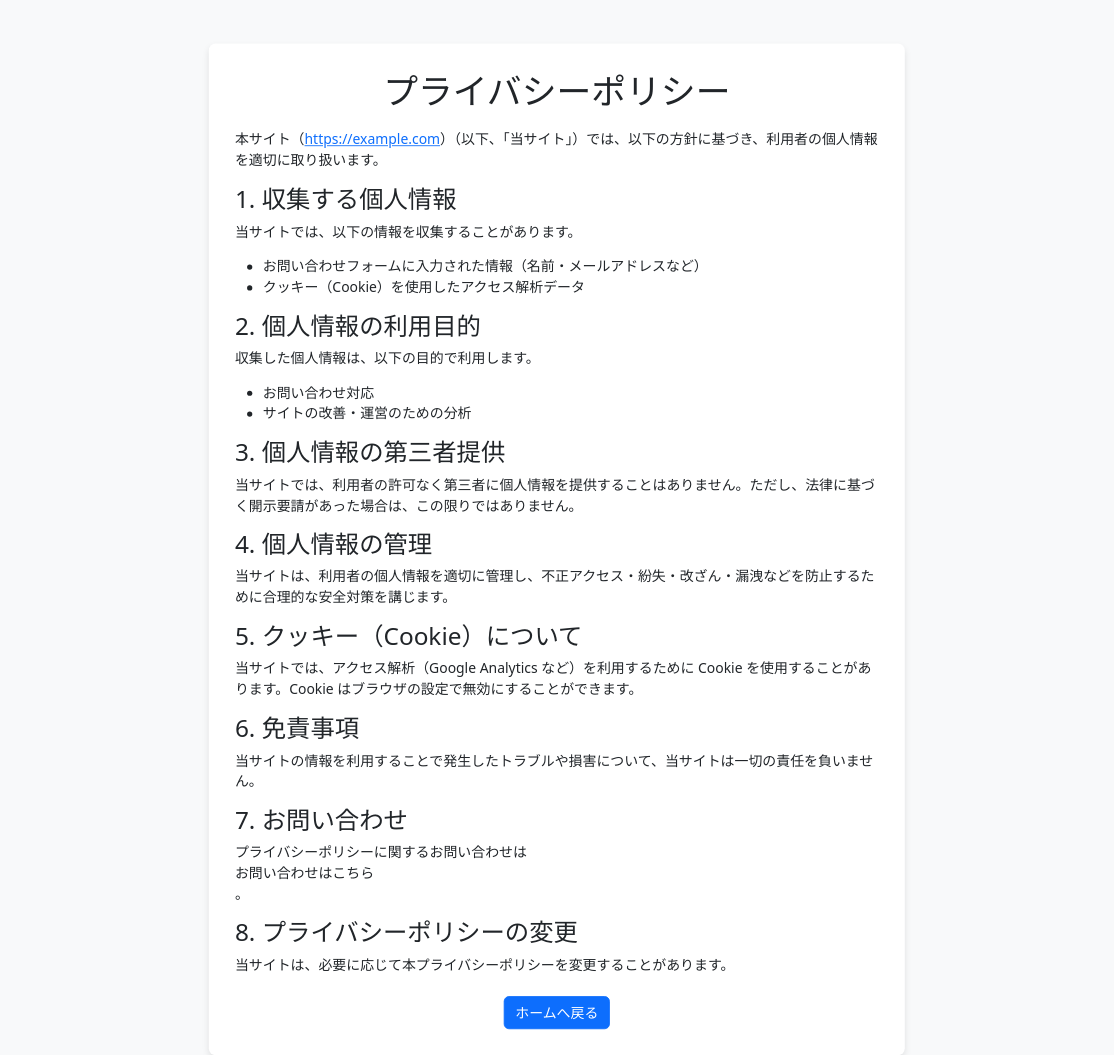
Repository: masa1228ew/original
Page: http://localhost/auth/privacy
An editor plug-in stored every save of this project. The page is shown before and after the next save, followed by the edit.
The browser window is 1280 px wide. The pictures show the whole page, at 87% of full size.
The page is this project's Thymeleaf template; nobody is signed in. The template is opened directly, without the code that normally fills it, so the values that code supplies are empty.

Above is the page before, as saved 2025-02-16 13:48:38.

After the next save:
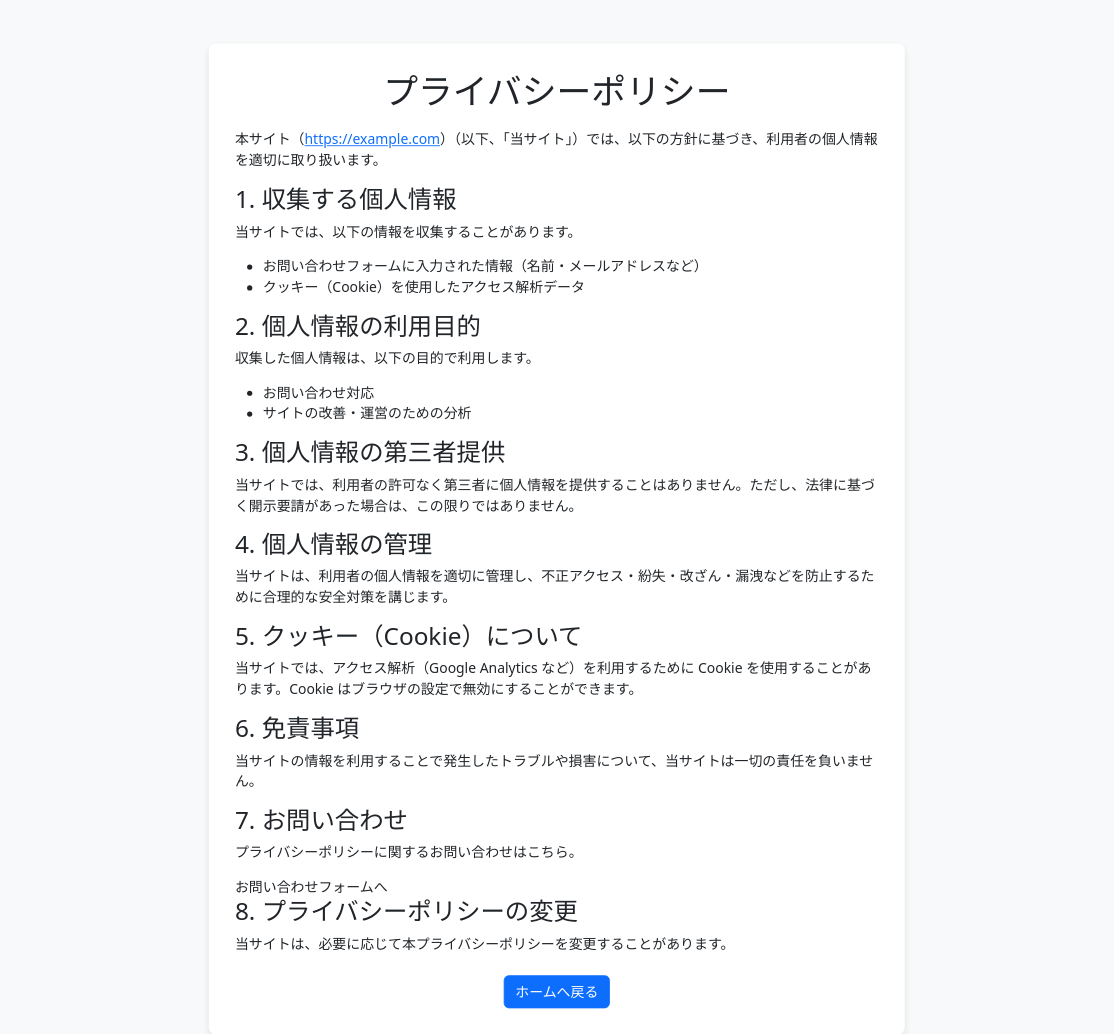
Saved 58 s later.
--- a/original/original/src/main/resources/templates/auth/privacy.html
+++ b/original/original/src/main/resources/templates/auth/privacy.html
@@ -56,9 +56,9 @@
         <p>当サイトの情報を利用することで発生したトラブルや損害について、当サイトは一切の責任を負いません。</p>
 
         <h3>7. お問い合わせ</h3>
-        <p>プライバシーポリシーに関するお問い合わせは<a class="nav-link" th:href="@{/inquiry}">
-					お問い合わせはこちら
-				</a>。</p>
+        <p>プライバシーポリシーに関するお問い合わせはこちら。</p>
+				<a class="nav-link" th:href="@{/inquiry}">お問い合わせフォームへ</a>
+
 
 
         <h3>8. プライバシーポリシーの変更</h3>
